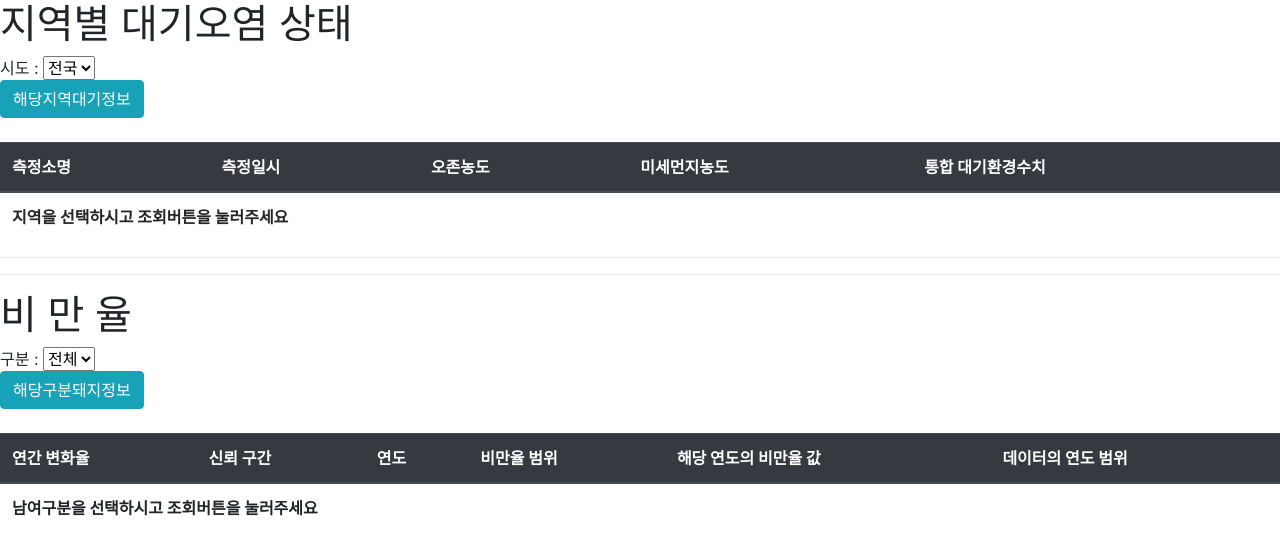
Repository: LeeSeongWook1/semi_Spring
Page: http://localhost/apiProject/
These files come from the project's save history. The page is drawn as it stood at one moment and after the next save; the edit follows.
The browser window is 1280 px wide. The pictures show the whole page.
The page is served by Tomcat 9.

Above is the page before, as saved 2024-04-25 08:09:00.
Console error: SyntaxError: Unexpected token ')'

After the next save:
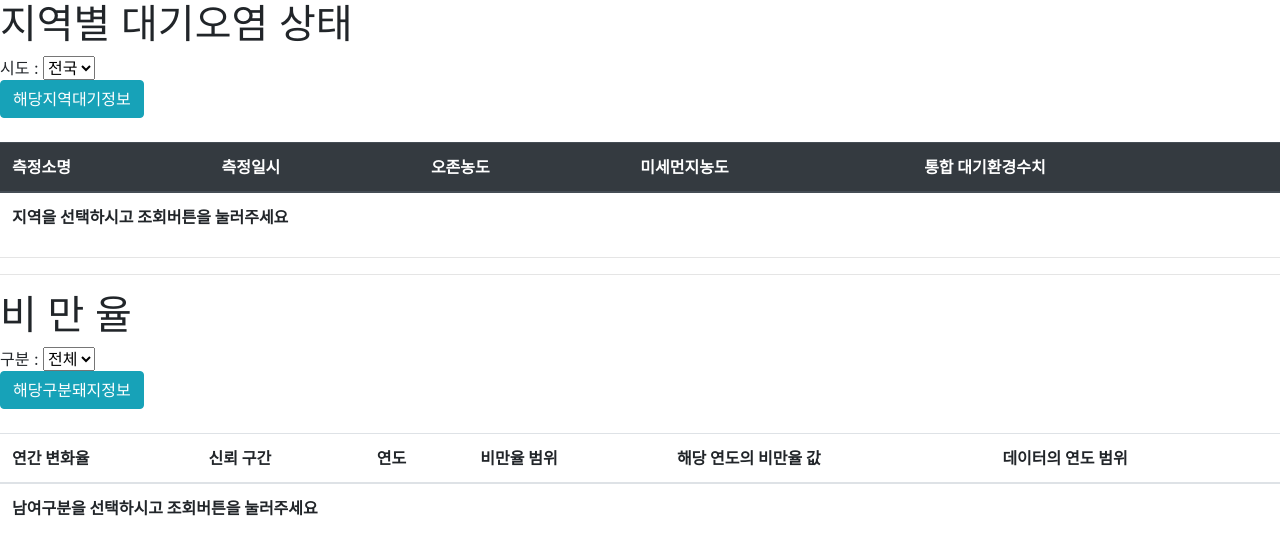
Saved 13 s later.
--- a/apiProject/src/main/webapp/index.jsp
+++ b/apiProject/src/main/webapp/index.jsp
@@ -170,7 +170,7 @@
 
 
 	<table class="table table-hover">
-		<thead class="thead-dark">
+		<thead class="thead-red">
 			<tr>
 				<th>연간 변화율</th>
 				<th>신뢰 구간</th>

After the 2 saves that followed:
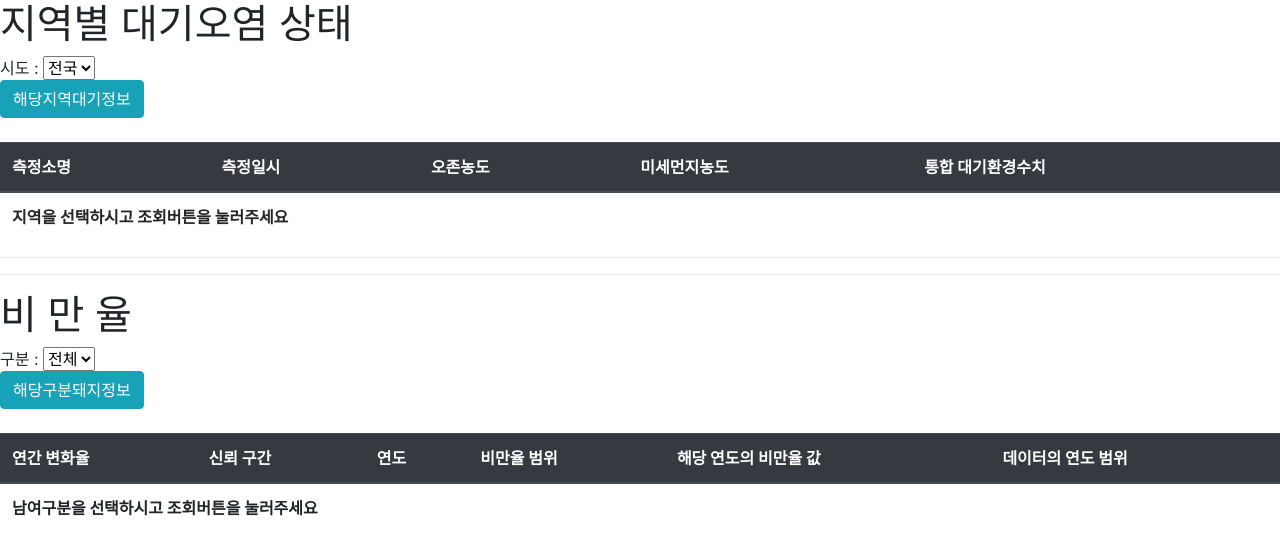
The 2 saves are shown as one change because 1 left the picture as it was.
The last was saved 13 s later.
--- a/apiProject/src/main/webapp/index.jsp
+++ b/apiProject/src/main/webapp/index.jsp
@@ -170,7 +170,7 @@
 
 
 	<table class="table table-hover">
-		<thead class="thead-red">
+		<thead class="thead-dark">
 			<tr>
 				<th>연간 변화율</th>
 				<th>신뢰 구간</th>
